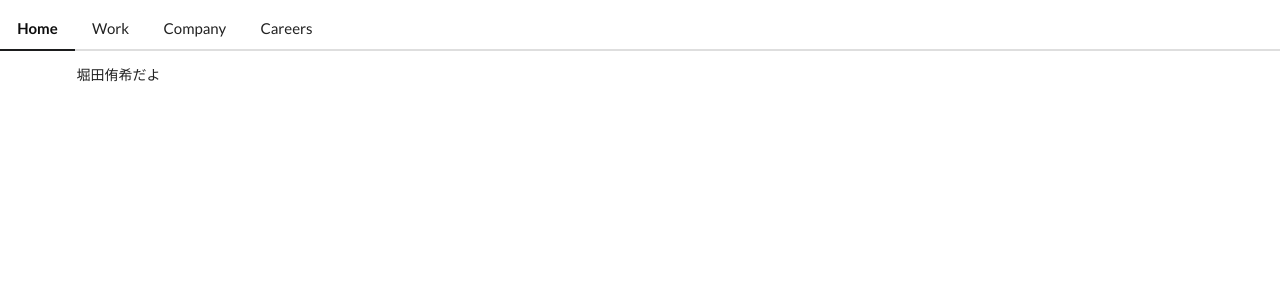
Repository: houki-sam/eclipse
Page: http://localhost/chocobanana/
The author's editor kept a copy of each file at every save. The page is drawn from the files as they stood at one save, then again after the next save.
The browser window is 1280 px wide. The pictures show the whole page.
Some web libraries are served in a nearby version. The page is served by Tomcat 9. Nobody is signed in. The application's start-up code is not run. Other server files are loaded and not shown.

Above is the page before, as saved 2020-07-10 13:06:00.

### chocobanana/WebContent/index.jsp
<%@ page language="java" contentType="text/html; charset=UTF-8"
    pageEncoding="UTF-8"%>
<!DOCTYPE html>
<html>
<head>
<link rel="stylesheet" type="text/css" href="semantic/semantic.min.css">
<script
  src="https://code.jquery.com/jquery-3.1.1.min.js" integrity="sha256-hVVnYaiADRTO2PzUGmuLJr8BLUSjGIZsDYGmIJLv2b8=" crossorigin="anonymous"></script>
<script src="semantic/semantic.min.js"></script>
<meta charset="UTF-8">
<title>Insert title here</title>
</head>
<body>
<div class="ui stackable large secondary pointing menu">

	<a class="active item">Home</a>
	<a class="item">Work</a>
	<a class="item">Company</a>
	<a class="item">Careers</a>
	<div class="right item">
		<a class="ui inverted button">Log in</a>
		<a class="ui inverted button">Sign Up</a>
	</div>
</div>
<div class="ui container">
堀田侑希だよ
</div>

</body>
</html>

Loaded but not shown: chocobanana/WebContent/semantic/semantic.min.css (library); chocobanana/WebContent/semantic/semantic.min.js (library)

After the next save:
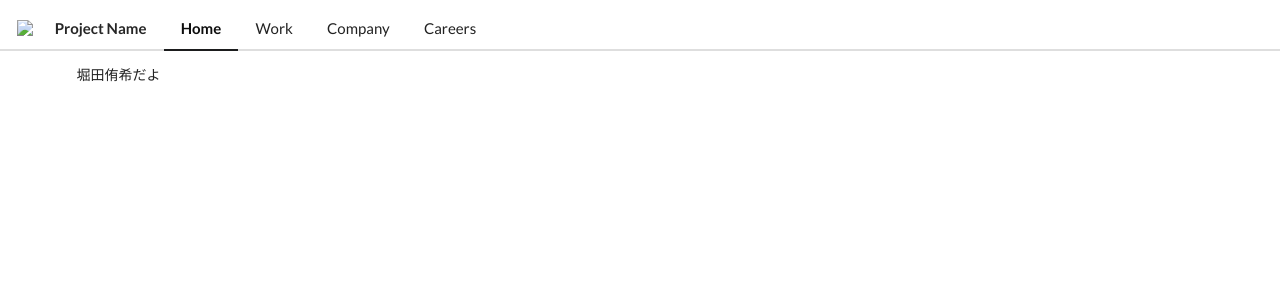
Not found: chocobanana/chocobanana/assets/images/logo.png
Saved 2 min 29 s later.
--- a/chocobanana/WebContent/index.jsp
+++ b/chocobanana/WebContent/index.jsp
@@ -12,7 +12,10 @@
 </head>
 <body>
 <div class="ui stackable large secondary pointing menu">
-
+	<a href="#" class="header item">
+        <img class="logo" src="assets/images/logo.png">
+        Project Name
+      </a>
 	<a class="active item">Home</a>
 	<a class="item">Work</a>
 	<a class="item">Company</a>
